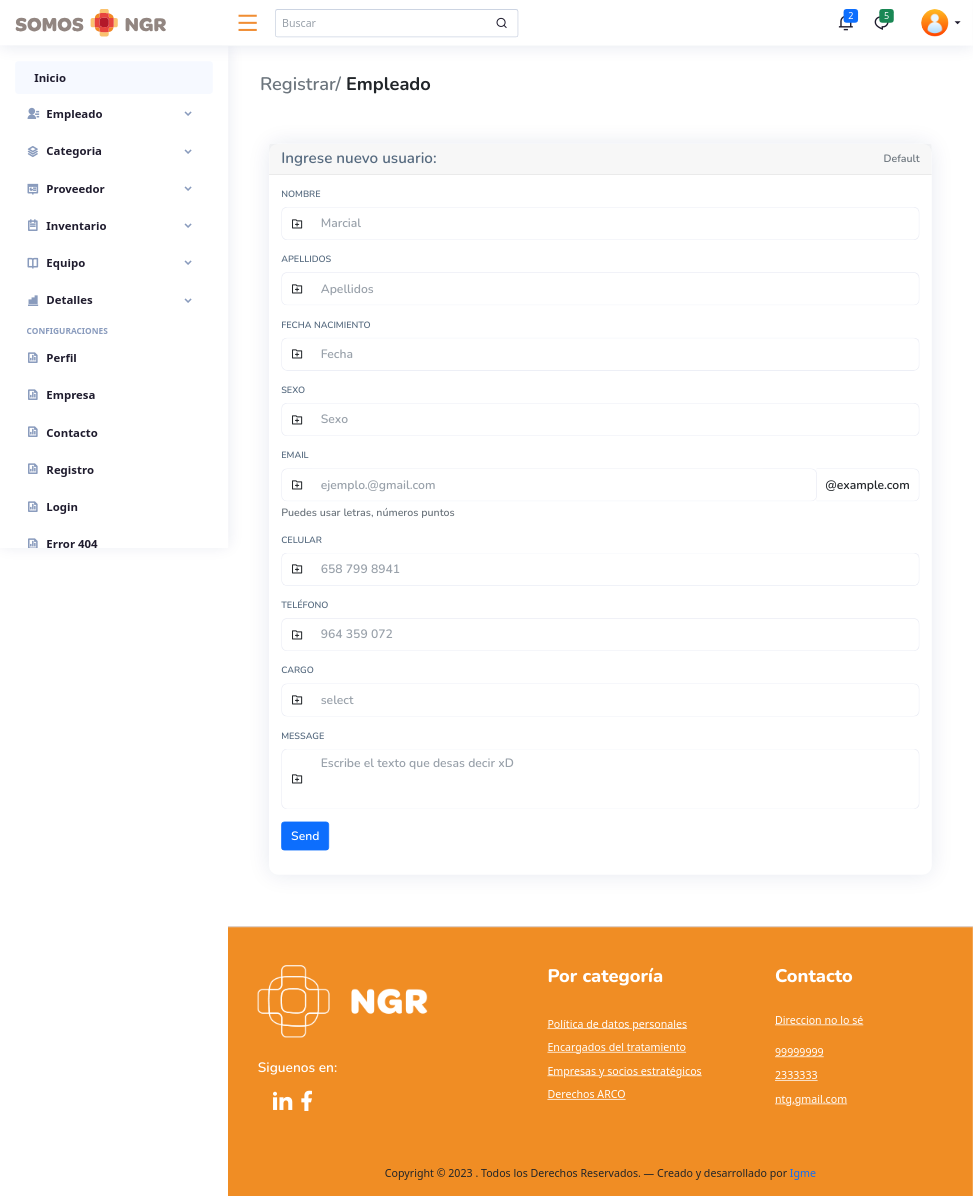
Repository: igmeMarcial/ProyectoLP-2023
Page: http://localhost/proyectoLP_2023/RegistrarEmpleado.jsp
These files come from the project's save history. The page is drawn as it stood at one moment and after the next save; the edit follows.
The browser window is 1280 px wide. The pictures show the whole page, at 76% of full size.
Some web fonts or font styles are not loaded; a fallback is used. The page is served by Tomcat 9. The template is opened directly, without the code that normally fills it, so the values that code supplies are empty.

Above is the page before, as saved 2023-03-23 04:53:51.

After the next save:
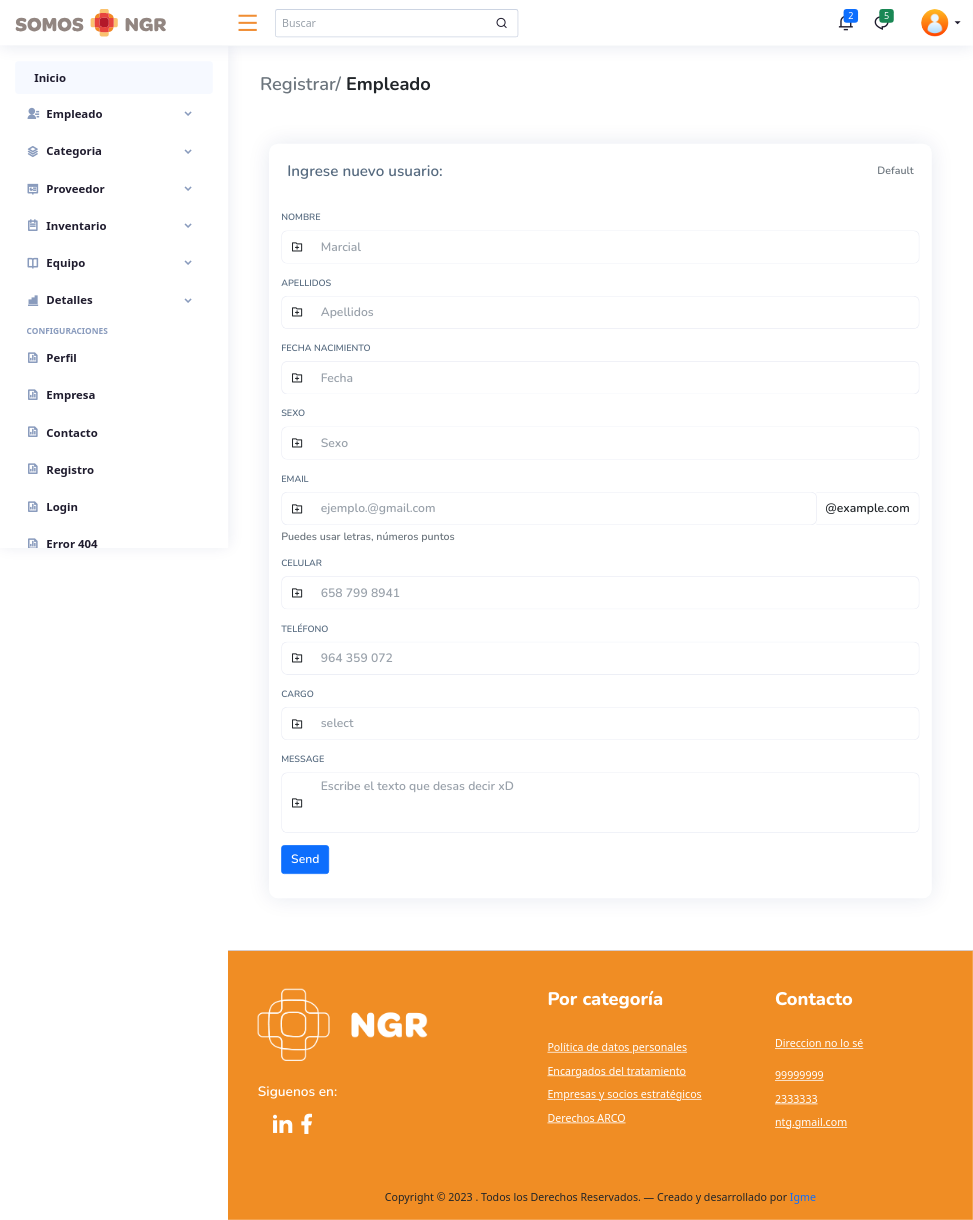
Saved 8 min 15 s later.
--- a/proyectoLP_2023/WebContent/RegistrarEmpleado.jsp
+++ b/proyectoLP_2023/WebContent/RegistrarEmpleado.jsp
@@ -297,7 +297,7 @@
 				<div class="row">
 					<div class="col-xl">
 						<div class="card mb-4">
-							<div class="card-header d-flex justify-content-between align-items-center">
+							<div class="card-header d-flex justify-content-between align-items-center formHeader">
 								<h5 class="mb-0">Ingrese nuevo usuario:</h5>
 								<small class="text-muted float-end">Default</small>
 							</div>
